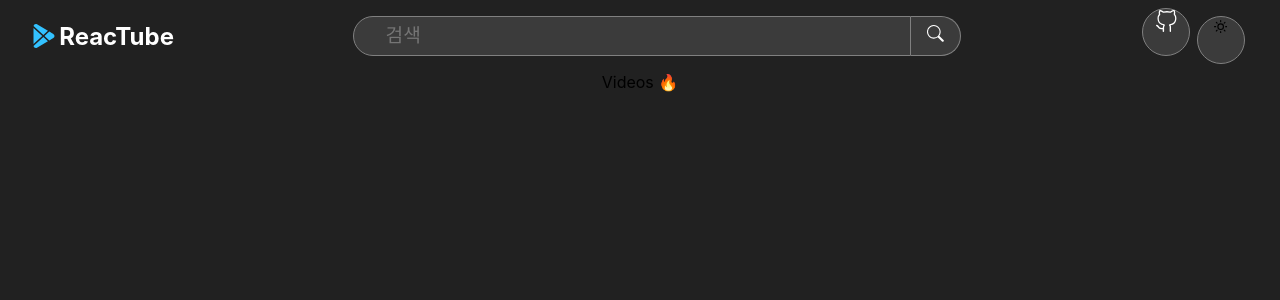
Repository: MrJinkyu/youtube
Page: /
The author's editor kept a copy of each file at every save. The page is drawn from the files as they stood at one save, then again after the next save.
The browser window is 1280 px wide. The pictures show the whole page.
The project was rebuilt for these pictures with package versions that can differ from the ones it lists, and the page was loaded fresh each time. Also part of the build but not shown: src/pages/NotFound.jsx, src/pages/VideoDetail.jsx.

Above is the page before, as saved 2023-05-09 18:20:14.

After the next save:
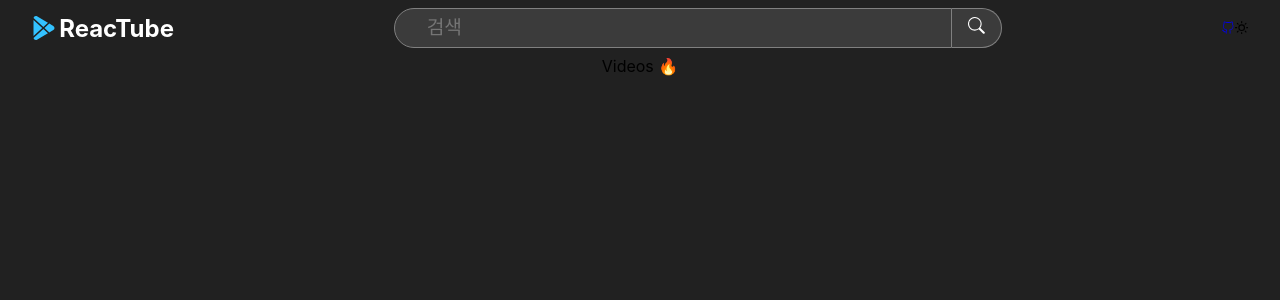
Saved 20 s later.
--- a/src/components/SearchHeader.module.css
+++ b/src/components/SearchHeader.module.css
@@ -61,23 +61,3 @@
 .searchBtn:hover{
     filter: brightness(125%);
 }
-
-.btns{
-    display: flex;
-    align-items: center;
-}
-
-.span{
-    display: inline-block;
-    border-radius: 50%;
-    width: 3rem;
-    height: 3rem;
-    border: 1px solid gray;
-    background-color: #3b3b3b;
-    margin: 0 0.2rem;
-}
-
-.github{
-    color: white;
-    font-size: 1.5rem;
-}
